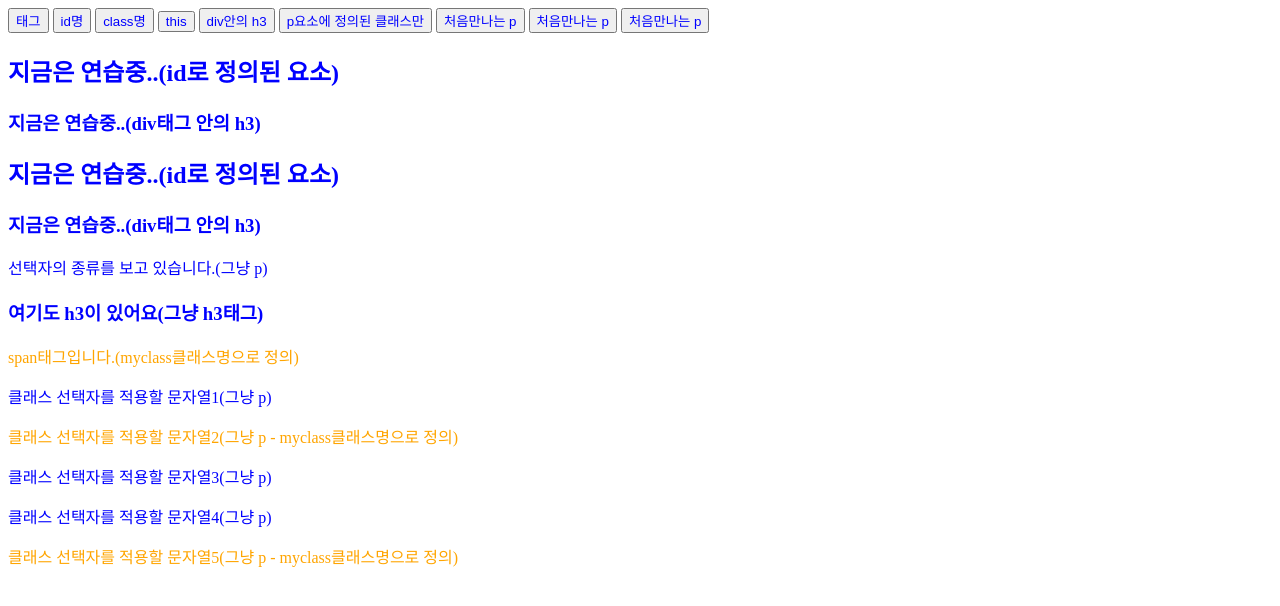
Repository: sonic247897/multicampus-web
Page: clientweb/WebContent/jquery/jquery_selector.html
The author's editor kept a copy of each file at every save. The page is drawn from the files as they stood at one save, then again after the next save.
The browser window is 1280 px wide. The pictures show the whole page.
After loading, the first visible `#class` was clicked once.

Above is the page before, as saved 2020-01-10 07:38:09.

After the next save:
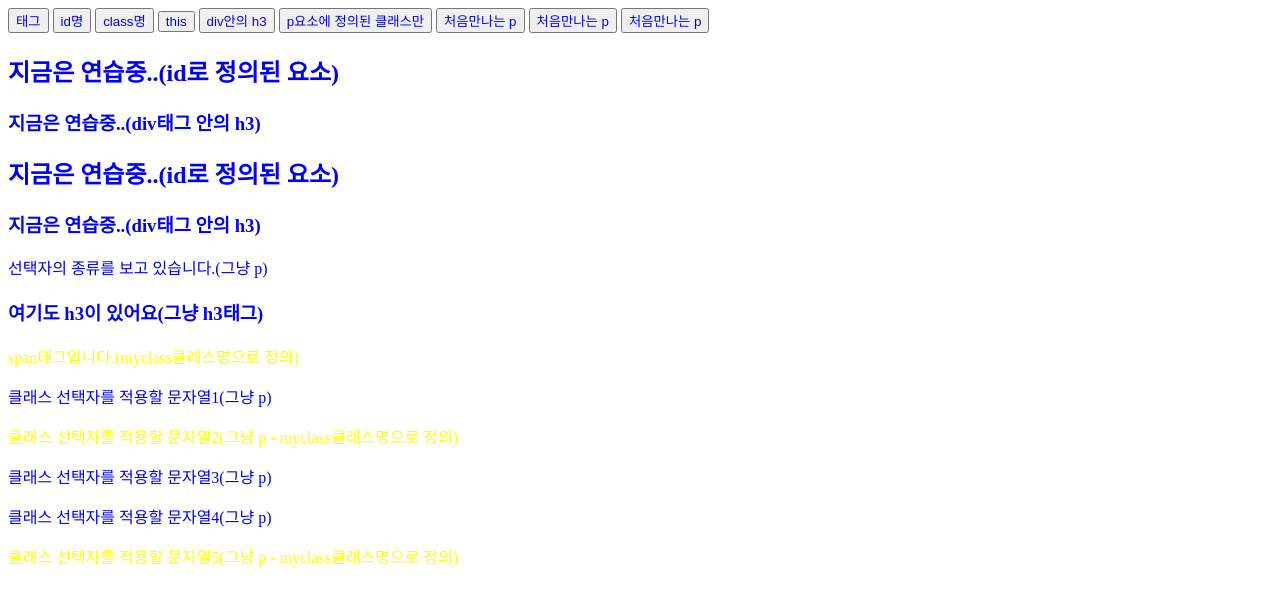
Saved 8 s later.
--- a/clientweb/WebContent/jquery/jquery_selector.html
+++ b/clientweb/WebContent/jquery/jquery_selector.html
@@ -51,7 +51,7 @@
 			$("#class").on("click", function() {
 				alert("선택자를 class속성으로 정의");
 				/* tern: jQuery에서 대부분 id를 쓰기 때문에 자동완성시 #이 올라온다. */
-				$(".myclass").css("color", "orange");
+				$(".myclass").css("color", "yellow");
 			});
 
 		});
